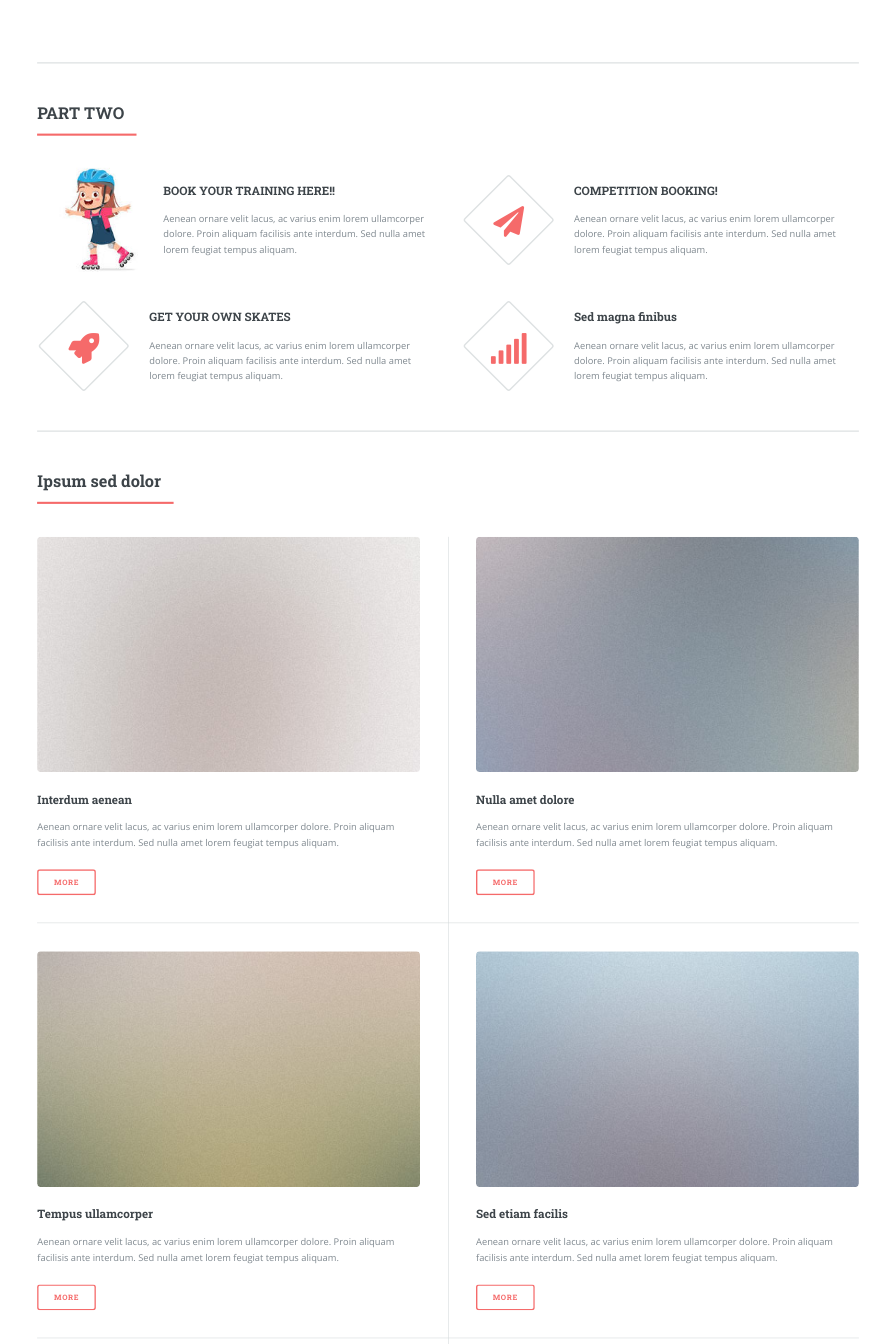
Repository: rachel648/New_Elite
Page: index.html
An editor plug-in stored every save of this project. The page is shown before and after the next save, followed by the edit.
The browser window is 1280 px wide. The pictures show the part of the page from y = 717 to 2637 px (the page is 3236 px tall before and 3304 px after), at 70% of full size.

Above is the page before, as saved 2024-09-20 14:30:07.

After the next save:
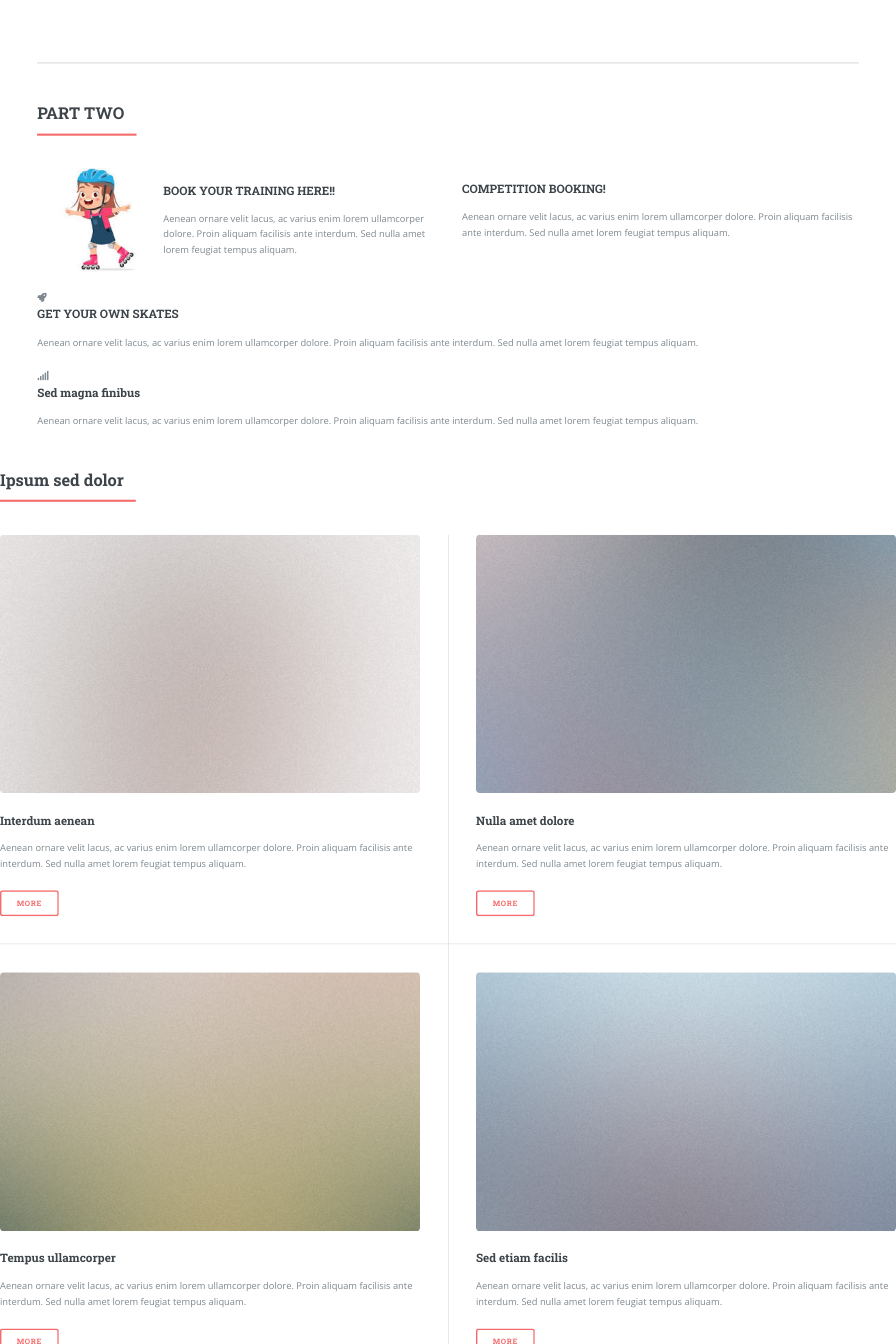
Not found: images/pinkskates.png
Saved 2 min 57 s later.
--- a/index.html
+++ b/index.html
@@ -60,8 +60,8 @@
 											</div>
 										</article>
 										<article>
-											<span class="icon solid fa-paper-plane"></span>
-											<div class="content">
+											<span class="image object">
+										<img src="images/pinkskates.png" alt="" />
 												<h3>COMPETITION BOOKING!</h3>
 												<p>Aenean ornare velit lacus, ac varius enim lorem ullamcorper dolore. Proin aliquam facilisis ante interdum. Sed nulla amet lorem feugiat tempus aliquam.</p>
 											</div>

After the save that followed:
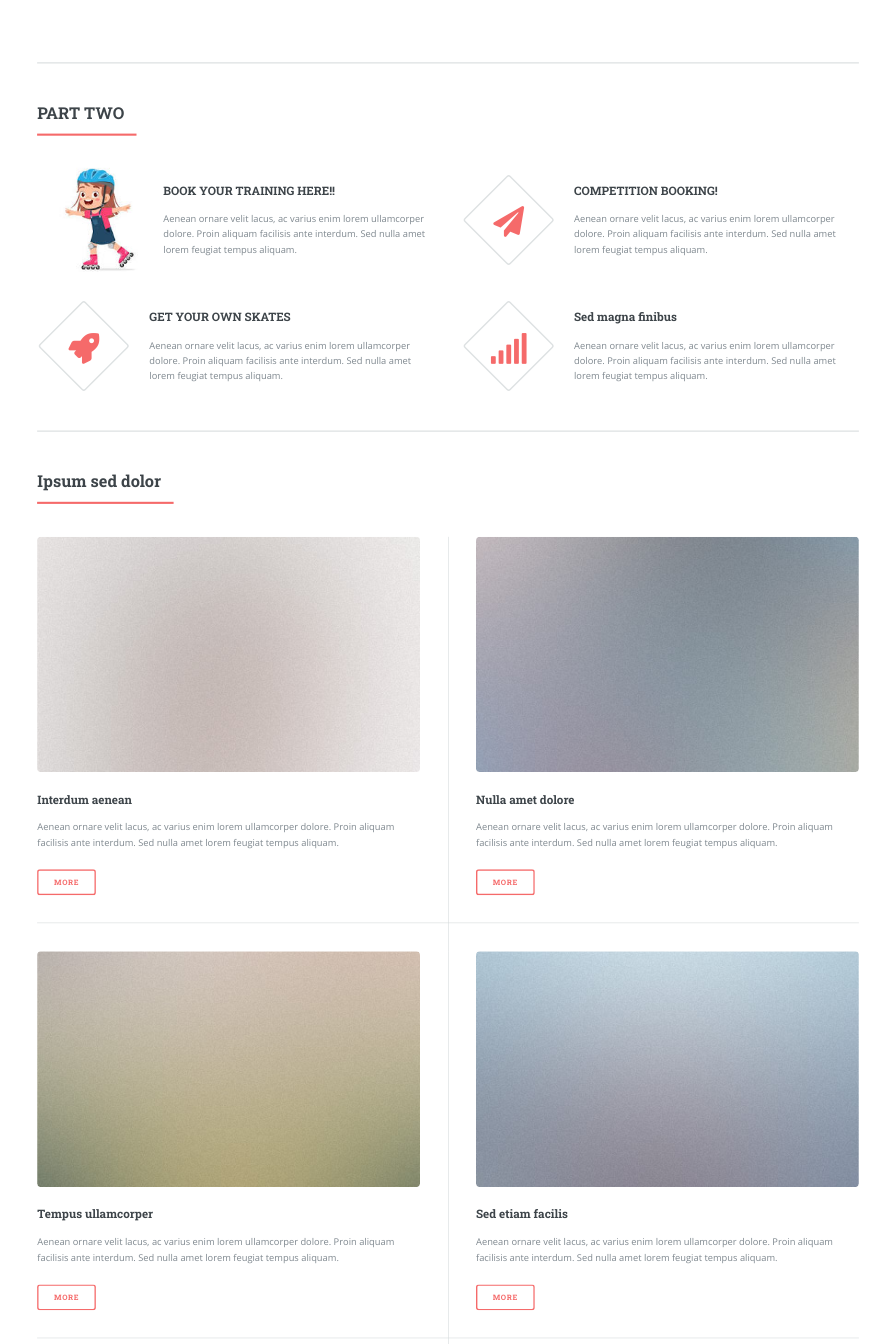
Saved 12 s later.
--- a/index.html
+++ b/index.html
@@ -60,8 +60,8 @@
 											</div>
 										</article>
 										<article>
-											<span class="image object">
-										<img src="images/pinkskates.png" alt="" />
+											<span class="icon solid fa-paper-plane"></span>
+											<div class="content">
 												<h3>COMPETITION BOOKING!</h3>
 												<p>Aenean ornare velit lacus, ac varius enim lorem ullamcorper dolore. Proin aliquam facilisis ante interdum. Sed nulla amet lorem feugiat tempus aliquam.</p>
 											</div>
